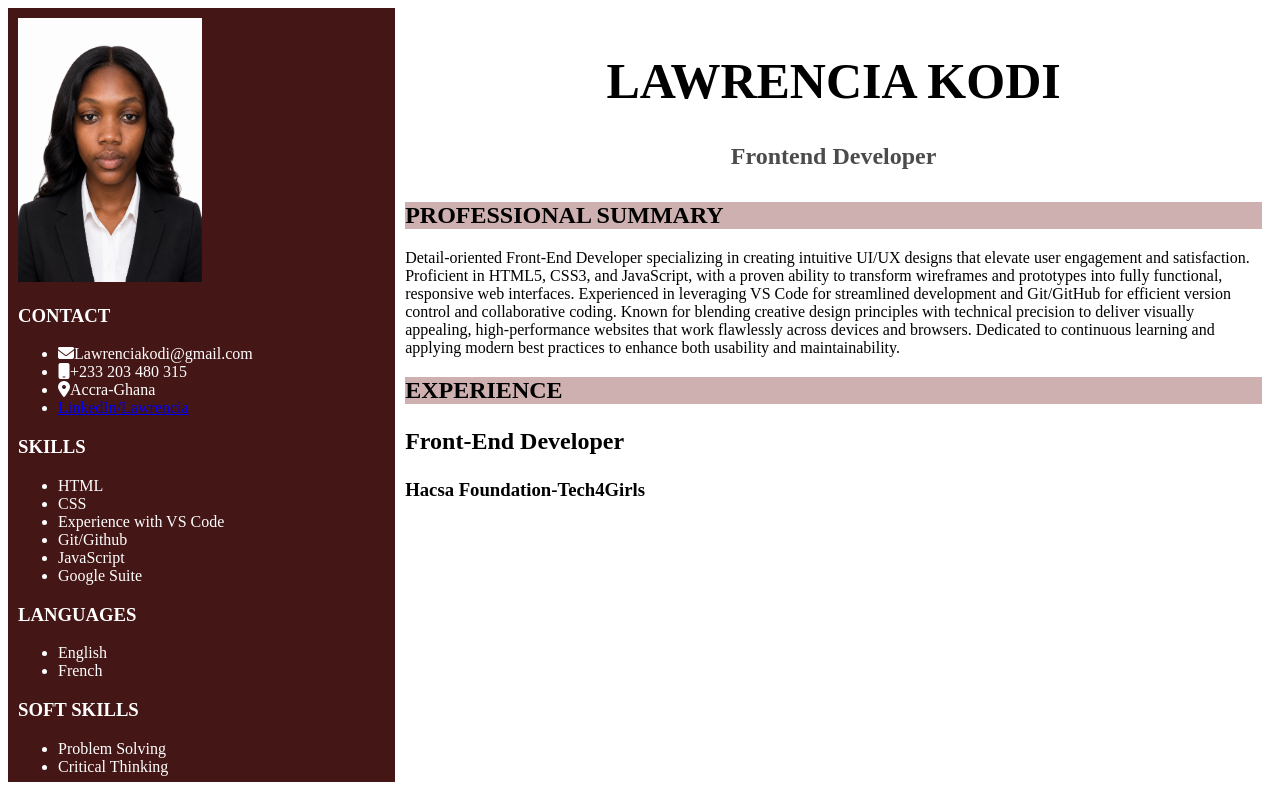
Repository: lawrencia-coder/T4G_CV
Page: index.html
The author's editor kept a copy of each file at every save. The page is drawn from the files as they stood at one save, then again after a run of saves.
The browser window is 1280 px wide. The pictures show the whole page.
Some icons come from a web library that is not loaded, so they are not drawn. Some web libraries are served in a nearby version.

Above is the page before, as saved 2026-07-14 08:18:43.

### index.html
<!DOCTYPE html>
<html lang="en">
<head>
    <meta charset="UTF-8">
    <meta name="viewport" content="width=device-width, initial-scale=1.0">
    <script src="https://kit.fontawesome.com/c72fc9c022.js" crossorigin="anonymous"></script>
    <title>T4G_CV</title>
    <link rel="stylesheet" href="style.css">
</head>
<body>
    <div class="cv-container">
        <div class="left-column">
            <img src="images/passport pic 1.png" alt="" width="50%" height="35%">
            <h3>CONTACT</h3>
             <p>
              <ul>
                <li><i class="fa-solid fa-envelope" style="color: rgb(255, 255, 255);"></i>Lawrenciakodi@gmail.com</li>
                <li><i class="fa-solid fa-mobile" style="color: rgb(255, 255, 255);"></i>+233 203 480 315</li>
                <li><i class="fa-solid fa-location-dot" style="color: rgb(255, 255, 255);"></i>Accra-Ghana</li>
                <li><i class="fa-brands fa-square-linkedin" style="color: rgb(255, 255, 255);"></i><a href="www.linkedin.com/in/lawrencia-kodi-192a71305" target="_blank" rel="noopener noreferrer">LinkedIn/Lawrencia</a></li>
              </ul>
             </p>

            <h3>SKILLS</h3>
             <p>
                <ul>
                    <li>HTML</li>
                    <li>CSS</li>
                    <li>Experience with VS Code</li>
                    <li>Git/Github</li>
                    <li>JavaScript</li>
                    <li>Google Suite</li>
                </ul>
             </p>

             <h3>LANGUAGES</h3>
             <p>
                <ul>
                    <li>English</li>
                    <li>French</li>
                </ul>
             </p>

             <h3>SOFT SKILLS</h3>
             <p>
                <ul>
                    <li>Problem Solving</li>
                    <li>Critical Thinking</li>

                </ul>
             </p>
        </div>
         <div class="right-column">
             <h1>LAWRENCIA KODI  </h1>
             <h4 style="text-align: center;">Frontend Developer</h4>
             <h2>PROFESSIONAL SUMMARY</h2>
              <p>Detail-oriented Front-End Developer specializing in creating intuitive UI/UX designs that elevate user engagement and satisfaction.
                 Proficient in HTML5, CSS3, and JavaScript, with a proven ability to transform wireframes and prototypes into fully functional, responsive web interfaces.
                 Experienced in leveraging VS Code for streamlined development and Git/GitHub for efficient version control and collaborative coding.
                 Known for blending creative design principles with technical precision to deliver visually appealing, high-performance websites that work flawlessly across devices and browsers.
                 Dedicated to continuous learning and applying modern best practices to enhance both usability and maintainability.
                </p>

                <h2>EXPERIENCE</h2>
                <h3 style="font-size: x-large;">Front-End Developer</h3>
                <h3>Hacsa Foundation-Tech4Girls</h3>
         </div>
    </div>

</body>
</html>

### style.css
/* styling headings */
h1{
    text-align: center;
    font-size: 50px;
    margin-bottom: none;
}

h4{
    opacity: calc(70%);
    font-size: x-large;
}

h2{
    background-color: rgb(206, 176, 176);
    ;
}


/* styling cv-container */
.cv-container{
    display: flex;
    width: 100%;
    min-height: 100vh;
}

.left-column{
width: 30%;
background-color: rgb(69, 22, 22);
color: white;
padding: 10px;
}

.right-column{
    width: 70%;
    background-color: white;
    color: black;
    padding: 10px;
}

After the next 4 saves:
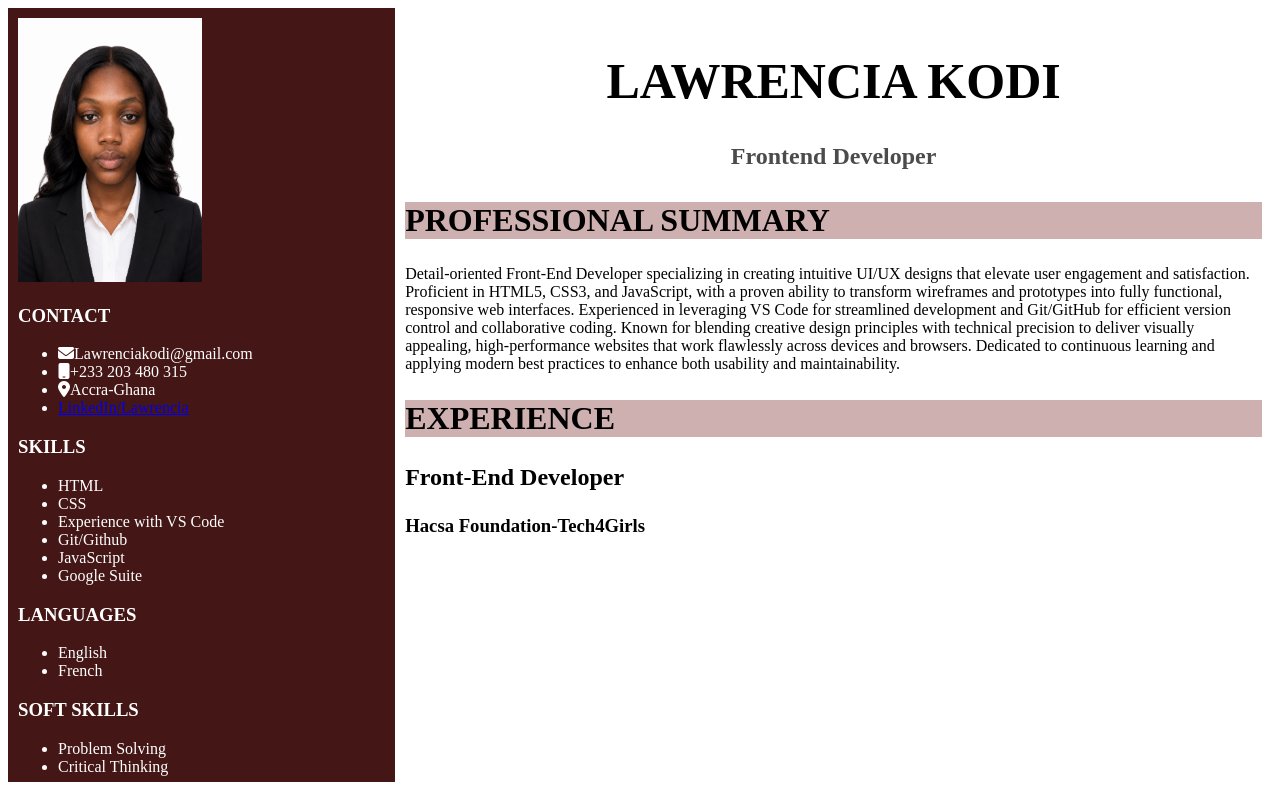
The 4 saves are shown as one change because they came seconds apart.
The last was saved 22 s later.
--- a/style.css
+++ b/style.css
@@ -12,7 +12,7 @@ h4{
 
 h2{
     background-color: rgb(206, 176, 176);
-    ;
+    font-size: xx-large;
 }
 
 
